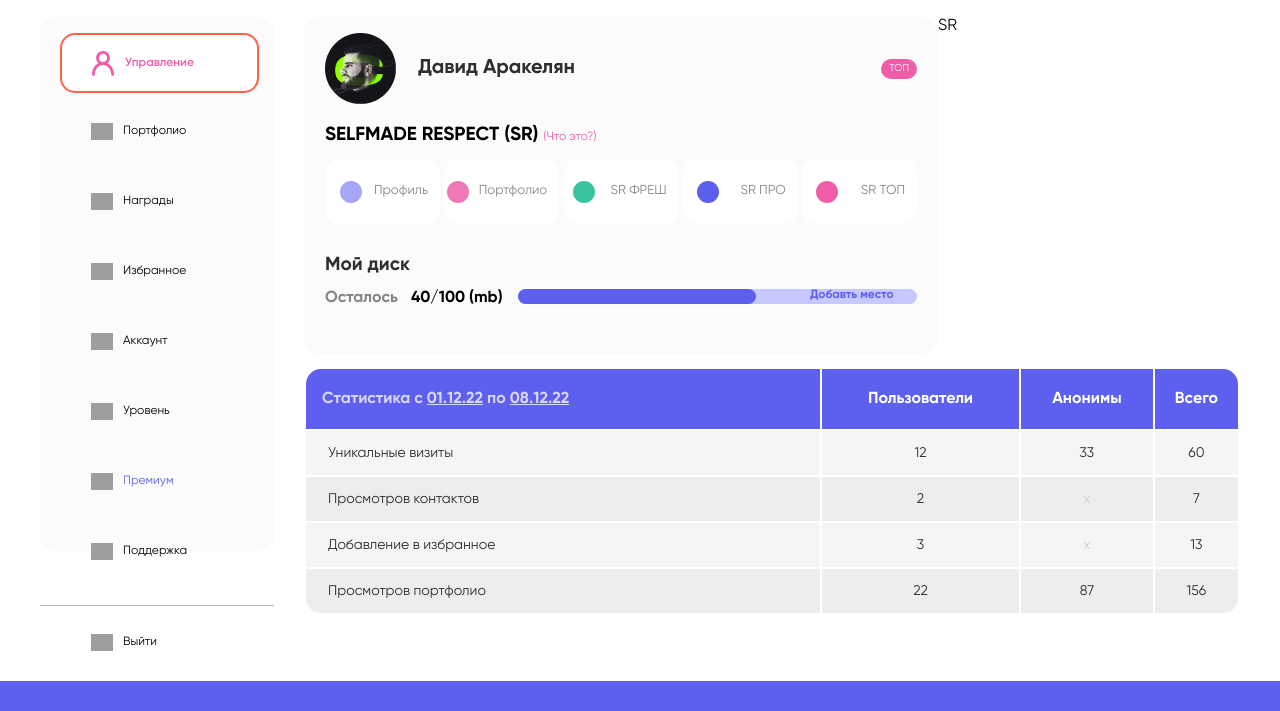
Repository: alexboagreek/selfmade
Page: index.html
The author's editor kept a copy of each file at every save. The page is drawn from the files as they stood at one save, then again after a run of saves.
The browser window is 1280 px wide. The pictures show the part of the page from y = 353 to 1064 px (the page is 1573 px tall before and 1586 px after).
Pictures or frames that could not be fetched are drawn as grey boxes. A picture or video elsewhere on the page could not be fetched, so the positions and the page height are approximate.

Above is the page before, as saved 2022-12-13 16:52:00.

After the next 3 saves:
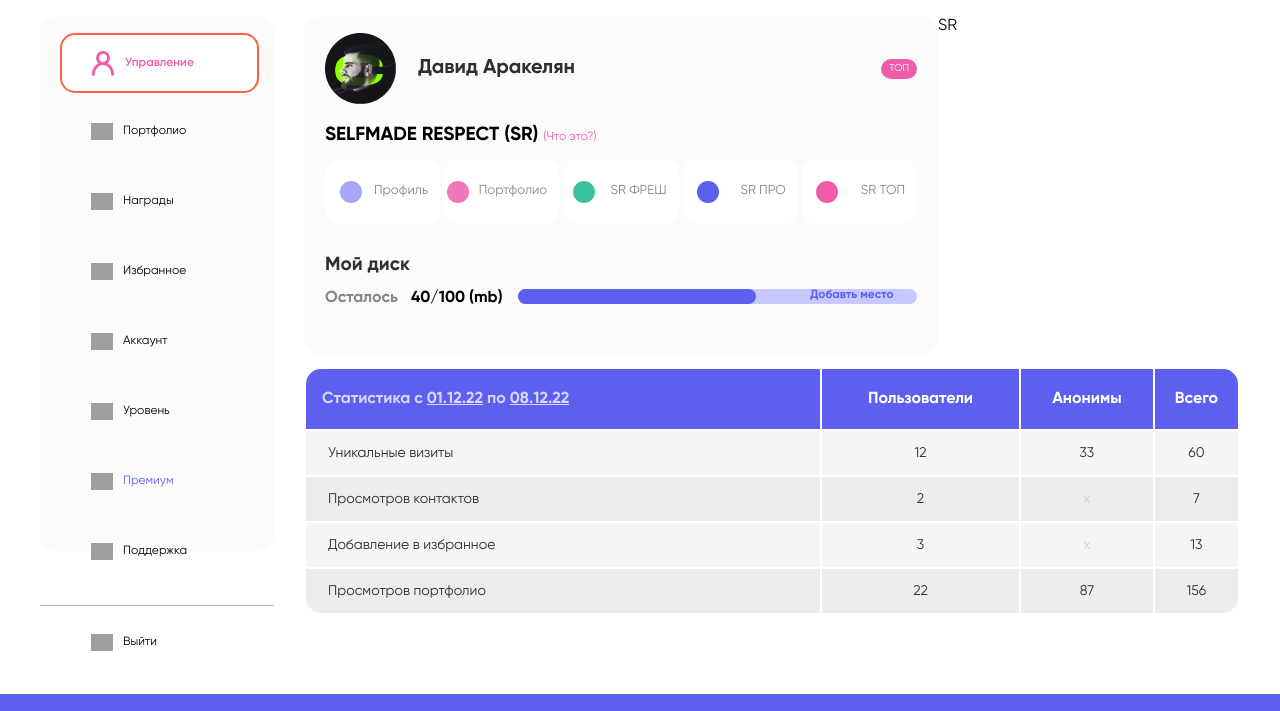
The 3 saves are shown as one change because they came seconds apart.
The last was saved 11 s later.
--- a/css/table.css
+++ b/css/table.css
@@ -1,3 +1,6 @@
+.table {
+    margin-bottom: 79px;
+}
 
 .table__body {
     width: 936px;
